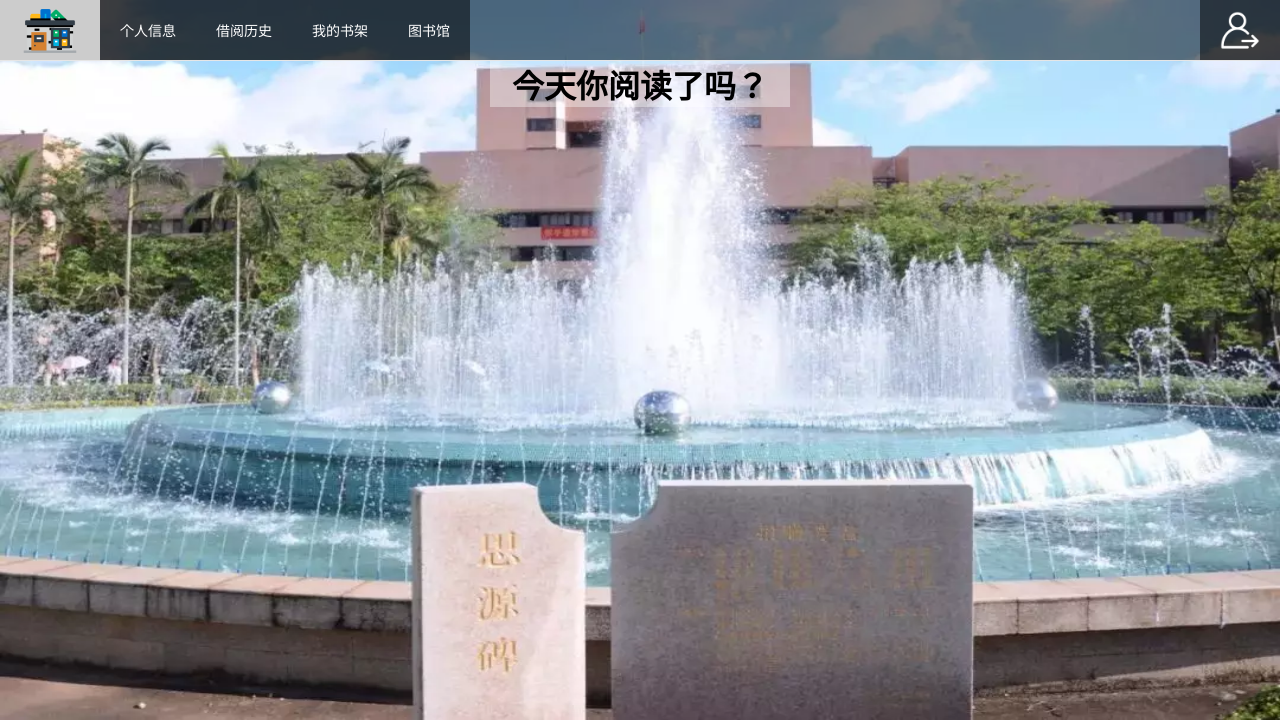
Repository: Akron-xz/helloVue
Page: /#/user (app in vue-library/)
These files come from the project's save history. The page is drawn as it stood at one moment and after the next save; the edit follows.
The browser window is 1280 px wide. The pictures show the whole page.
The project was rebuilt for these pictures with package versions that can differ from the ones it lists, and the page was loaded fresh each time. Also part of the build but not shown: vue-library/src/components/homeNav.vue, vue-library/src/views/Home.vue.

Above is the page before, as saved 2020-11-25 09:22:38.

### vue-library/src/main.js
import Vue from 'vue'
import App from './App.vue'
import ElementUI from 'element-ui';
import 'element-ui/lib/theme-chalk/index.css';
import axios from "axios"
import router from './router'
import Router from 'vue-router'

const routerPush = Router.prototype.push
Router.prototype.push = function push(location) {
    return routerPush.call(this, location).catch(error => error)
}

Vue.config.productionTip = false
Vue.use(ElementUI);
Vue.prototype.$axios = axios;


new Vue({
    router,
    render: h => h(App)
}).$mount('#app')

### vue-library/src/router/index.js
import Vue from 'vue'
import VueRouter from 'vue-router'
import Home from '../views/Home.vue'


Vue.use(VueRouter)

const routes = [{
        path: '/',
        name: 'Home',
        component: Home
    },
    {
        path: '/about',
        name: 'About',
        // route level code-splitting
        // this generates a separate chunk (about.[hash].js) for this route
        // which is lazy-loaded when the route is visited.
        component: () =>
            import ( /* webpackChunkName: "about" */ '../views/About.vue')
    },
    {
        path: '/admin',
        name: 'Admin',
        // route level code-splitting
        // this generates a separate chunk (about.[hash].js) for this route
        // which is lazy-loaded when the route is visited.
        component: () =>
            import ( /* webpackChunkName: "about" */ '../views/Administrator.vue')
    },
    {
        path: "/userLogin",
        name: "UserLogin",
        component: () =>
            import ('../views/UserLogin.vue')
    },
    {
        path: "/user",
        name: "User",
        component: () =>
            import ( /* webpackChunkName: "about" */ '../views/User.vue')
    },
    {
        path: "/signup",
        name: "SignUp",
        component: () =>
            import ('../views/SignUp.vue')
    },
    {
        path: "/adminmain",
        name: "AdminMain",
        component: () =>
            import ('../views/AdminMain.vue')
    },
    {

        path: "/MyInformation",
        name: "MyInformation",
        component: () =>
            import ('../views/MyInformation.vue')
    },
    {
        path: "/library",
        name: "Library",
        component: () =>
            import ( /* webpackChunkName: "about" */ '../views/Library.vue')

    },
    {
        path: "/modifymsg",
        name: "ModifyMsg",
        component: () =>
            import ('../views/ModifyMsg.vue')
    },
    {
        path: "/borrowhistory",
        name: "BorrowHistory",
        component: () =>
            import ('../views/BorrowHistory.vue')
    },
    {
        path: "/newissue",
        name: "NewIssue",
        component: () =>
            import ('../views/NewIssue.vue')
    },
    {
        path: "/booksearch",
        name: "BookSearch",
        component: () =>
            import ('../views/BookSearch.vue')
    },
    {
        path: "/MyBookshelves",
        name: "MyBookshelves",
        component: () =>
            import ('../views/MyBookshelves.vue')
    },
    {
        path: "/modifyAnnounce",
        name: "ModifyAnnounce",
        component: () =>
            import ('../views/ModifyAnnounce.vue')
    },
    {
        path: "/statistics",
        name: "Statistics",
        component: () =>
            import ('../views/Statistics.vue')
    },


]

const router = new VueRouter({
    routes
})

export default router

### vue-library/src/views/User.vue
<template>
    <div class="user-container container">
        <userNavigation></userNavigation>
        <h1 class="title">今天你阅读了吗？</h1>


    </div>
</template>

<script>
import userNavigation from '@/components/userNav.vue'
export default {
    components:{
        userNavigation
    },
    data() {
        return {

        }
    },
    methods: {

    },
    created() {

    },
}
</script>

<style scoped>
.user-container{
    position: fixed;
    left: 0;
    top: 0;
    width: 100%;
    height: 100%;
    background-repeat: no-repeat;
    background-size: 100% 100%;
    background-image: url(/img/divBg/bg28.png);

}


.user-container .title{
    align-items: center;
    margin-top: 0px;
    margin: auto;
    color: black;
    width: 300px;
    background: #ffffff60;
}
</style>

### vue-library/src/components/userNav.vue
<template>

    <div class="navigation-bar">
        <el-menu
            class="el-menu-demo"
            mode="horizontal"
            @select="handleSelect"
            background-color="#00000080"
            text-color="#ffffff"
            text-font="15px">


            <el-menu-item index="1" @click="toUser">
                <img src="/img/libraryIcon.png" alt="" target="_self" class="libraryIcon">
            </el-menu-item>

            <el-menu-item index="2" @click="toModifyMsg">
                <a  target="_self"  >个人信息</a>
            </el-menu-item>

            <el-menu-item index="3" @click="toBorrowHistory">
                <a  target="_self">借阅历史</a>
            </el-menu-item>

            <el-menu-item index="4" @click="toMyBookshelves">
                <a  target="_self">我的书架</a>
            </el-menu-item>

            <el-menu-item index="5" @click="toLibrary">
                <a  target="_self">图书馆</a>
            </el-menu-item>

            <el-menu-item index="6" class="exitIcon">
                <img src="/img/logoutIconWhite.png" alt="" target="_self" class="logoutIcon" @click="signOut">
            </el-menu-item>

            <!-- <el-menu-item index="6" @click="toMain">
                <a  target="_self">返回主页</a>
            </el-menu-item> -->
        </el-menu>

    </div>
</template>

<script>
export default {
    name:"Nav",
    data() {
      return {
        activeIndex: '1'
      }
    },
    methods: {
    handleSelect(key, keyPath) {
      console.log(key, keyPath);
    },
    toUser(){
      this.$router.push({path:'/user'});
    },

    toModifyMsg(){
      this.$router.push({path:'/ModifyMsg'});
    },
    toBorrowHistory(){
      this.$router.push({path:'/BorrowHistory'});
    },
    toMyBookshelves(){
      this.$router.push({path:'/MyBookshelves'});
    },
    toLibrary(){
      this.$router.push({path:'/Library'});
    },
    signOut(){
      sessionStorage.clear();
      this.$router.push({path:'/'});
    }


  },

}
</script>>

<style scoped>
.libraryIcon{
  height: 60px;
  width: 60px;
}

.exitIcon{
  float: right;
}

.logoutIcon{
  height: 40px;
  width: 40px;
}

</style>>

Loaded but not shown: vue-library/public/index.html (common file); vue-library/src/App.vue (common file)

After the next save:
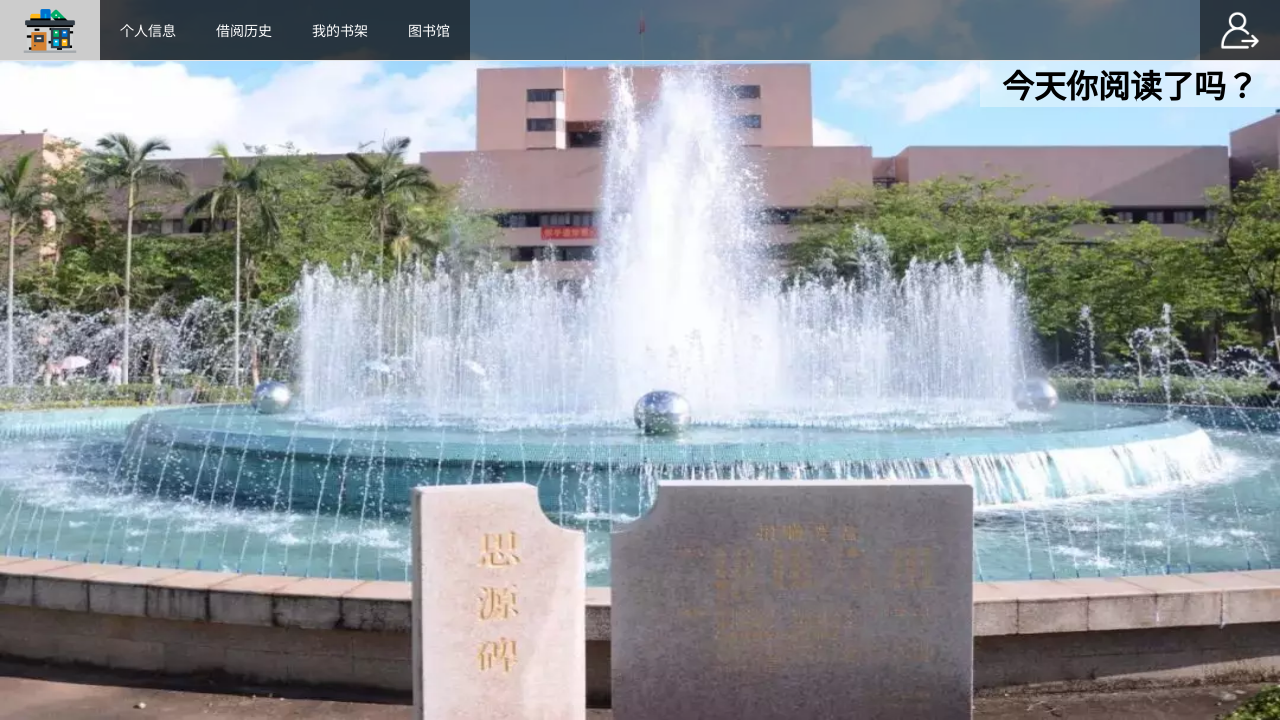
Saved 57 s later.
--- a/vue-library/src/views/User.vue
+++ b/vue-library/src/views/User.vue
@@ -42,7 +42,7 @@ export default {
 
 
 .user-container .title{
-    align-items: center;
+    float: right;
     margin-top: 0px;
     margin: auto;
     color: black;
